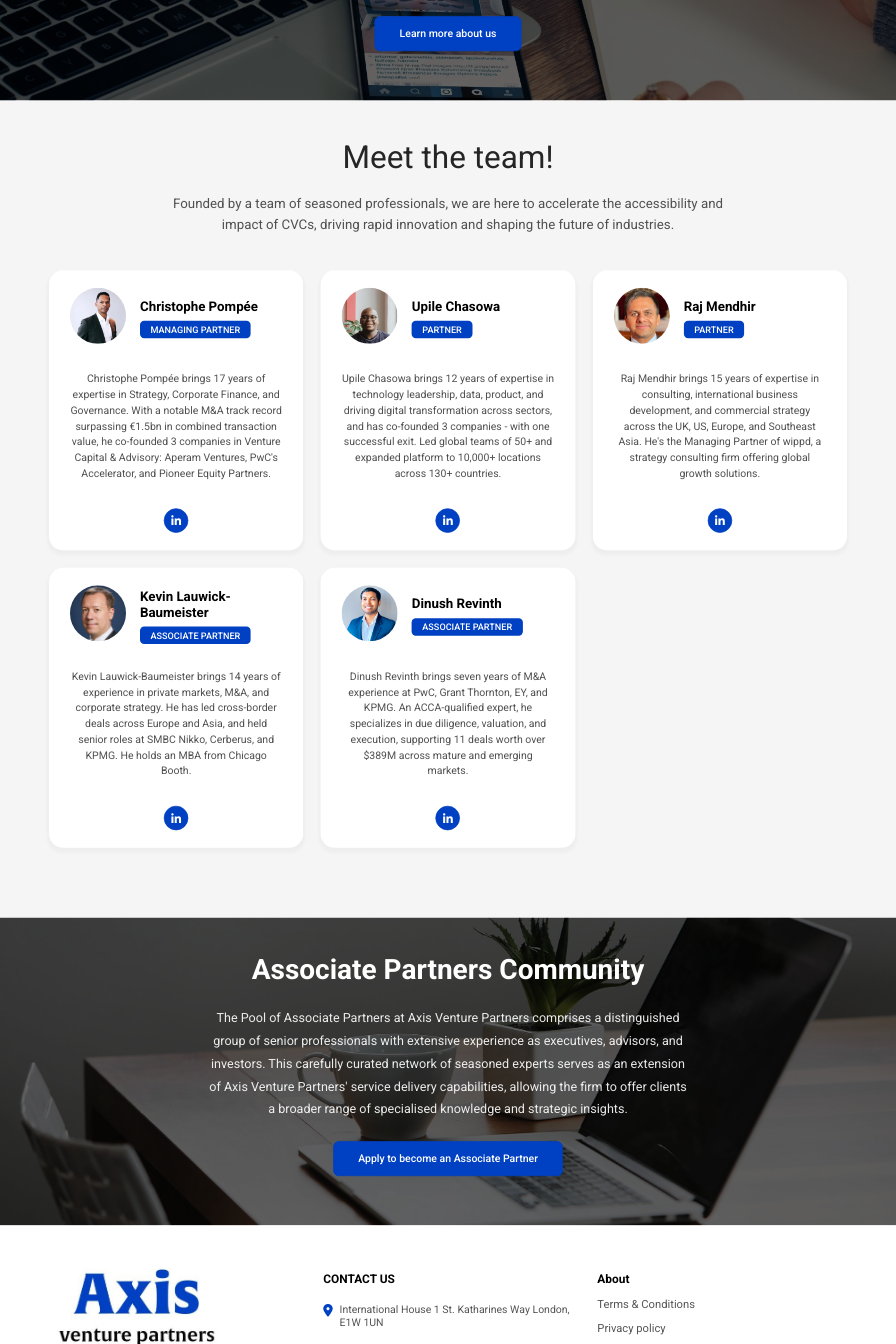
Repository: uchasowa/axisventures
Page: index.html
An editor plug-in stored every save of this project. The page is shown before and after the next save, followed by the edit.
The browser window is 1280 px wide. The pictures show the part of the page from y = 1903 to 3823 px (the page is 3963 px tall), at 70% of full size.
Some web libraries are served in a nearby version.

Above is the page before, as saved 2025-07-04 21:03:06.

After the next save:
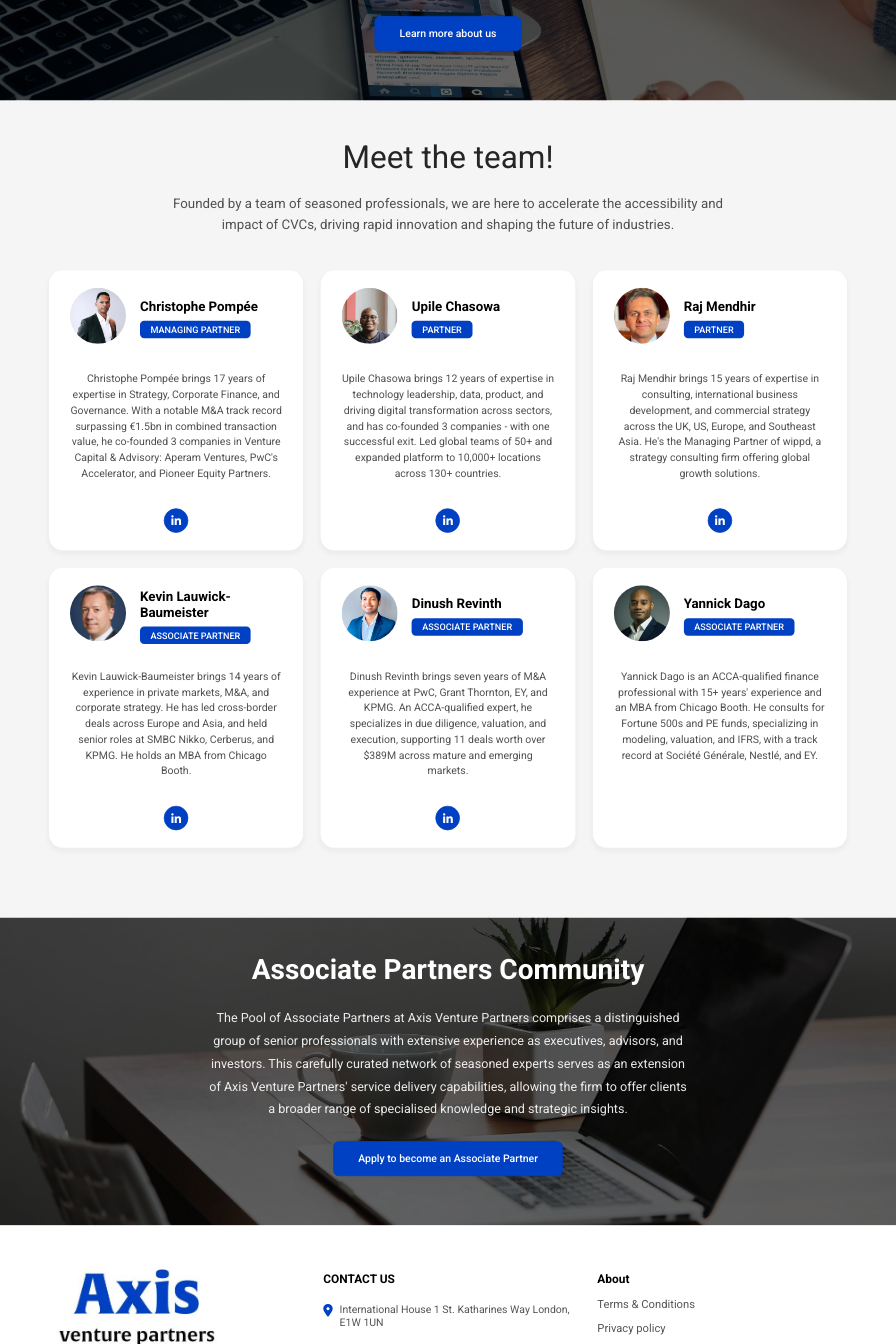
Saved 30 s later.
--- a/index.html
+++ b/index.html
@@ -285,6 +285,18 @@
                         </a>
                     </div>
                 </article>
+                <article class="box wow animate__fadeInUp" data-wow-duration="2.7s">
+                    <div class="top">
+                        <div class="image">
+                            <img src="./assets/yannick.jpg" alt="Yannick Dago - Associate Partner">
+                        </div>
+                        <div class="text">
+                            <h3>Yannick Dago</h3>
+                            <span>Associate Partner</span>
+                        </div>
+                    </div>
+                    <p>Yannick Dago is an ACCA-qualified finance professional with 15+ years' experience and an MBA from Chicago Booth. He consults for Fortune 500s and PE funds, specializing in modeling, valuation, and IFRS, with a track record at Société Générale, Nestlé, and EY.</p>
+                </article>
             </div>
         </div>
     </section>
